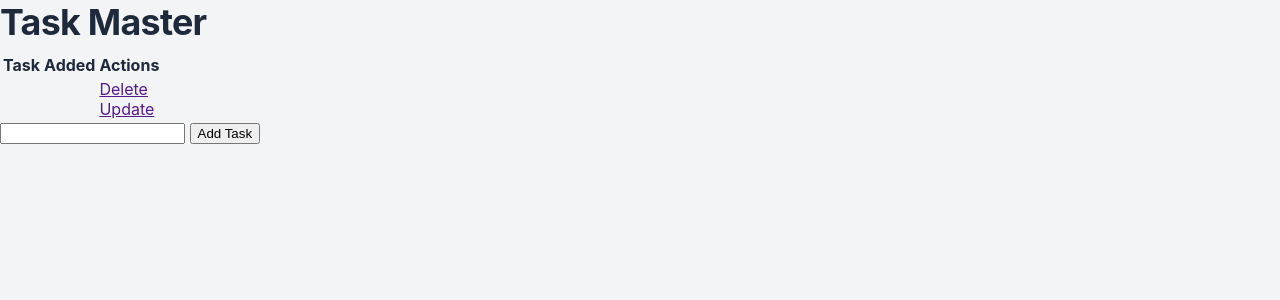
Repository: k10sj02/task-master-flex
Page: http://localhost/
An editor plug-in stored every save of this project. The page is shown before and after a run of saves, followed by the edit.
The browser window is 1280 px wide. The pictures show the whole page.
The page is served by the project's application, run on Flask 3 (app.py). Queries for data that is not in the repository find no rows.

Above is the page before, as saved 2025-11-13 22:37:42.

After the next 3 saves:
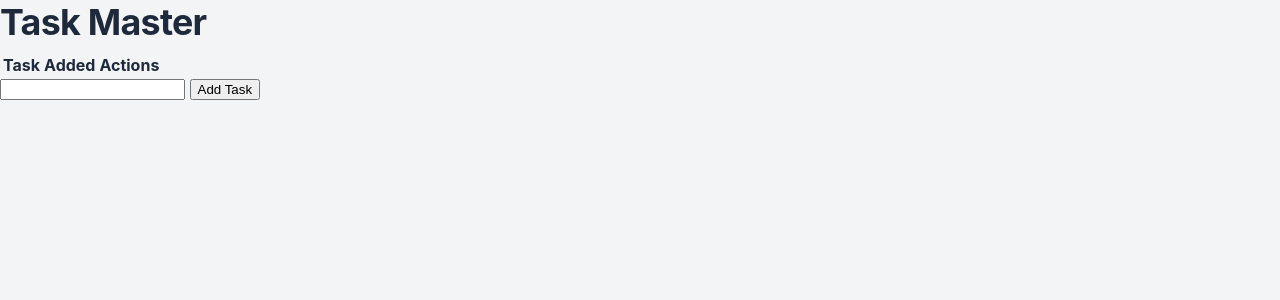
The 3 saves are shown as one change because 2 did not build or start.
The last was saved 85 s later.
--- a/templates/index.html
+++ b/templates/index.html
@@ -15,8 +15,9 @@
       <th>Added</th>
       <th>Actions</th>
     </tr>
+    {% for task in tasks %}
     <tr>
-      <td></td>
+      <td><{{ task.content}}/td>
       <td></td>
       <td>
         <a href="">Delete</a>
@@ -24,6 +25,7 @@
         <a href="">Update</a>
       </td>
     </tr>
+    {% endfor %}
 
   </table>
 
